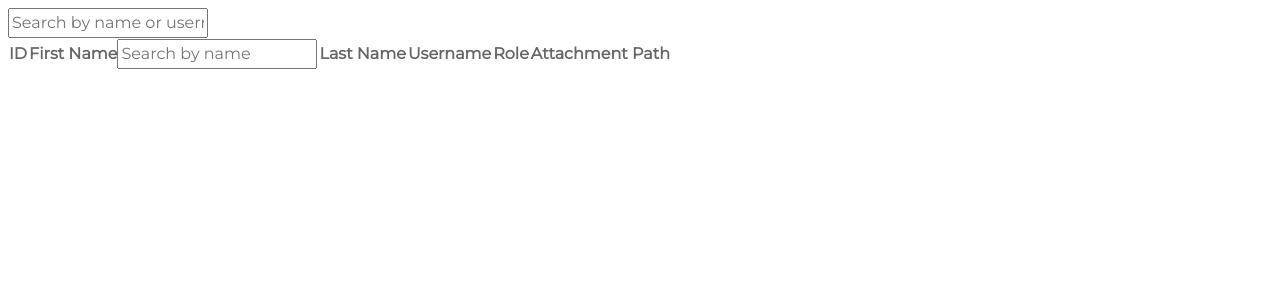
Repository: Arouja/frontgym
Page: /users
An editor plug-in stored every save of this project. The page is shown before and after the next save, followed by the edit.
The browser window is 1280 px wide. The pictures show the whole page.
The page's requests for data from a server got no answer. Some web libraries are served in a nearby version. The project was rebuilt for these pictures with package versions that can differ from the ones it lists, and the page was loaded fresh each time. No one was signed in, and anything a server would have sent is missing. Also part of the build but not shown: src/App.css, src/actions/authActions.js, src/Components/navbar/CustomNavbar.jsx, src/Components/footer/footer.jsx, src/Components/about/About.jsx, src/Components/classes/Classes.jsx, src/Components/home/Home.jsx, src/Components/feature/Feature.jsx and 10 more.

Above is the page before, as saved 2023-10-11 00:37:40.

### public/index.html
<!DOCTYPE html>
<html lang="en">
  <head>
    <meta charset="utf-8" />
    <link rel="icon" href="%PUBLIC_URL%/favicon.ico" />
    <meta name="viewport" content="width=device-width, initial-scale=1" />
    <meta name="theme-color" content="#000000" />
    <meta
      name="description"
      content="Web site created using create-react-app"
    />
    <link href="https://cdn.jsdelivr.net/npm/bootstrap@5.0.2/dist/css/bootstrap.min.css" rel="stylesheet">
    <link href="https://cdnjs.cloudflare.com/ajax/libs/font-awesome/5.13.0/css/all.min.css" rel="stylesheet">
    <link rel="apple-touch-icon" href="%PUBLIC_URL%/logo192.png" />
    <!--
      manifest.json provides metadata used when your web app is installed on a
      user's mobile device or desktop. See https://developers.google.com/web/fundamentals/web-app-manifest/
    -->
    <link rel="manifest" href="%PUBLIC_URL%/manifest.json" />
    <!--
      Notice the use of %PUBLIC_URL% in the tags above.
      It will be replaced with the URL of the `public` folder during the build.
      Only files inside the `public` folder can be referenced from the HTML.

      Unlike "/favicon.ico" or "favicon.ico", "%PUBLIC_URL%/favicon.ico" will
      work correctly both with client-side routing and a non-root public URL.
      Learn how to configure a non-root public URL by running `npm run build`.
    -->
    <title>React App</title>

     <!-- Favicon -->
     <link href="img/favicon.ico" rel="icon">

     <!-- Font Awesome -->
     <link href="https://cdnjs.cloudflare.com/ajax/libs/font-awesome/5.10.0/css/all.min.css" rel="stylesheet">

     <!-- Flaticon Font -->
     <link href="lib/flaticon/font/flaticon.css" rel="stylesheet">

     <!-- Customized Bootstrap Stylesheet -->
     <link href="css/style.min.css" rel="stylesheet">






  </head>


  <body>
    <noscript>You need to enable JavaScript to run this app.</noscript>
    <div id="root"></div>
    <!--
      This HTML file is a template.
      If you open it directly in the browser, you will see an empty page.

      You can add webfonts, meta tags, or analytics to this file.
      The build step will place the bundled scripts into the <body> tag.

      To begin the development, run `npm start` or `yarn start`.
      To create a production bundle, use `npm run build` or `yarn build`.
    -->

    <!-- JavaScript Libraries -->
    <script src="https://code.jquery.com/jquery-3.4.1.min.js"></script>
    <script src="https://stackpath.bootstrapcdn.com/bootstrap/4.4.1/js/bootstrap.bundle.min.js"></script>
    <script src="lib/easing/easing.min.js"></script>
    <script src="lib/waypoints/waypoints.min.js"></script>

    <!-- Contact Javascript File -->
    <script src="mail/jqBootstrapValidation.min.js"></script>
    <script src="mail/contact.js"></script>

    <!-- Template Javascript -->
    <script src="js/main.js"></script>
    <script src="https://cdn.jsdelivr.net/npm/@popperjs/core@2.9.2/dist/umd/popper.min.js"></script>
    <script src="https://cdn.jsdelivr.net/npm/bootstrap@5.0.2/dist/js/bootstrap.min.js"></script>
    <script src="https://cdn.jsdelivr.net/npm/bootstrap@5.0.2/dist/js/bootstrap.bundle.min.js"></script>
    <script src="https://use.fontawesome.com/f59bcd8580.js"></script>
    <script src="https://cdn.jsdelivr.net/npm/@popperjs/core@2.9.2/dist/umd/popper.min.js"></script>
    <script src="https://cdn.jsdelivr.net/npm/bootstrap@5.0.2/dist/js/bootstrap.min.js"></script>
    <script src="https://cdn.jsdelivr.net/npm/bootstrap@5.0.2/dist/js/bootstrap.bundle.min.js"></script>

  </body>


</html>

### src/index.js
import React from 'react';
import ReactDOM from 'react-dom';
import { Provider } from 'react-redux';
import store from './store';
import App from './App';

ReactDOM.render(
  <Provider store={store}>
    <App />
  </Provider>,
  document.getElementById('root')
);

### src/store.js
import { createStore, applyMiddleware, combineReducers } from 'redux';
import thunk from 'redux-thunk';
import authReducer from './reducers/authReducer';

const rootReducer = combineReducers({
  auth: authReducer,
});

const store = createStore(rootReducer, applyMiddleware(thunk));

export default store;

### src/App.js
// import logo from './logo.svg';
import './App.css';
import { BrowserRouter, Routes, Route } from 'react-router-dom'; // Import BrowserRouter and Route directly

import About from './Components/about/About';
import Classes from './Components/classes/Classes';
import Home from './Components/home/Home';
import Feature from './Components/feature/Feature';
import Contact from './Components/contact/Contact';
import Login from './Components/login/Login';
import Profile from './Components/profile/profile';
import Signup from './Components/signup/Signup';
import Listcustomer from './Components/customer/Listcustomer';
import Activation from './Components/activation/Activation';
import Bmi from './Components/metrics/bmi';
import Orm from './Components/metrics/orm';
import Lbm from './Components/metrics/lbm';
import Users from './users/users';

function App() {
  return (
    <BrowserRouter> {/* Use BrowserRouter here */}
      {/* <CustomNavbar /> */}
      <Routes>
      <Route path="/" element={<Home />} />
        <Route path="/about" element={<About />} /> {/* Use Route inside Routes */}
        <Route path="/classes" element={<Classes />} />
        <Route path="/feature" element={<Feature />} />
        <Route path="/contact" element={<Contact />} />
        <Route path="/login" element={<Login />} />
        <Route path="/profile" element={<Profile />} />
        <Route path="/signup" element={<Signup />} />
        <Route path="/customer" element={<Listcustomer />} />
        <Route path="/bmi" element={<Bmi />} />
        <Route path="/orm" element={<Orm />} />
        <Route path="/lbm" element={<Lbm />} />
        <Route path="/users" element={<Users />} />
        <Route path="/activate/activate?token=:token" element={<Activation />} /> {/* Add the Activation route */}


        {/* <Route path="/home" element={<Home />} /> Use Route inside Routes */}

      </Routes>
      {/* <Footer /> */}
    </BrowserRouter>
  );
}

export default App;

### src/reducers/authReducer.js
import { LOGIN_SUCCESS, LOGOUT_SUCCESS, REGISTER_SUCCESS } from '../actions/types';

const initialState = {
  token: localStorage.getItem('token'),
};

const authReducer = (state = initialState, action) => {
  switch (action.type) {
    case LOGIN_SUCCESS:
    case REGISTER_SUCCESS:
      localStorage.setItem('token', action.payload);
      return {
        ...state,
        token: action.payload,
      };
    case LOGOUT_SUCCESS:
      localStorage.removeItem('token');
      return {
        ...state,
        token: null,
      };
    default:
      return state;
  }
};

export default authReducer;

### src/users/users.js
import React, { useState, useEffect } from 'react';

function Users() {
  const [users, setUsers] = useState([]);
  const [searchTerm, setSearchTerm] = useState('');

  useEffect(() => {
    fetch('http://localhost:8089/api/v1/users/all-users')
      .then(response => response.json())
      .then(data => setUsers(data))
      .catch(error => console.error('Error fetching data:', error));
  }, []);

  const filteredUsers = users.filter(user =>
    user.firstName.toLowerCase().includes(searchTerm.toLowerCase())
  );

  return (
    <div className="p-2">
      <input
        type="text"
        value={searchTerm}
        onChange={(e) => setSearchTerm(e.target.value)}
        placeholder="Search by name or username"
      />
      <table>
        <thead>
          <tr>
            <th>ID</th>
            <th>First Name
            <input
        type="text"
        value={searchTerm}
        onChange={(e) => setSearchTerm(e.target.value)}
        placeholder="Search by name"
      />
            </th>
            <th>Last Name</th>
            <th>Username</th>
            <th>Role</th>
            <th>Attachment Path</th>
          </tr>
        </thead>
        <tbody>
          {filteredUsers.map(user => (
            <tr key={user.id}>
              <td>{user.id}</td>
              <td>{user.firstName}</td>
              <td>{user.lastName}</td>
              <td>{user.username}</td>
              <td>{user.role}</td>
              <td>{user.attachmentPath}</td>
            </tr>
          ))}
        </tbody>
      </table>
    </div>
  );
}

export default Users;

### src/actions/types.js
export const LOGIN_SUCCESS = 'LOGIN_SUCCESS';
export const LOGOUT_SUCCESS = 'LOGOUT_SUCCESS';
export const REGISTER_SUCCESS = 'REGISTER_SUCCESS';

### public/mail/contact.js
$(function () {

    $("#contactForm input, #contactForm textarea").jqBootstrapValidation({
        preventSubmit: true,
        submitError: function ($form, event, errors) {
        },
        submitSuccess: function ($form, event) {
            event.preventDefault();
            var name = $("input#name").val();
            var email = $("input#email").val();
            var subject = $("input#subject").val();
            var message = $("textarea#message").val();

            $this = $("#sendMessageButton");
            $this.prop("disabled", true);

            $.ajax({
                url: "contact.php",
                type: "POST",
                data: {
                    name: name,
                    email: email,
                    subject: subject,
                    message: message
                },
                cache: false,
                success: function () {
                    $('#success').html("<div class='alert alert-success'>");
                    $('#success > .alert-success').html("<button type='button' class='close' data-dismiss='alert' aria-hidden='true'>&times;")
                            .append("</button>");
                    $('#success > .alert-success')
                            .append("<strong>Your message has been sent. </strong>");
                    $('#success > .alert-success')
                            .append('</div>');
                    $('#contactForm').trigger("reset");
                },
                error: function () {
                    $('#success').html("<div class='alert alert-danger'>");
                    $('#success > .alert-danger').html("<button type='button' class='close' data-dismiss='alert' aria-hidden='true'>&times;")
                            .append("</button>");
                    $('#success > .alert-danger').append($("<strong>").text("Sorry " + name + ", it seems that our mail server is not responding. Please try again later!"));
                    $('#success > .alert-danger').append('</div>');
                    $('#contactForm').trigger("reset");
                },
                complete: function () {
                    setTimeout(function () {
                        $this.prop("disabled", false);
                    }, 1000);
                }
            });
        },
        filter: function () {
            return $(this).is(":visible");
        },
    });

    $("a[data-toggle=\"tab\"]").click(function (e) {
        e.preventDefault();
        $(this).tab("show");
    });
});

$('#name').focus(function () {
    $('#success').html('');
});

### public/js/main.js
(function ($) {
    "use strict";

    // Dropdown on mouse hover
    $(document).ready(function () {
        function toggleNavbarMethod() {
            if ($(window).width() > 992) {
                $('.navbar .dropdown').on('mouseover', function () {
                    $('.dropdown-toggle', this).trigger('click');
                }).on('mouseout', function () {
                    $('.dropdown-toggle', this).trigger('click').blur();
                });
            } else {
                $('.navbar .dropdown').off('mouseover').off('mouseout');
            }
        }
        toggleNavbarMethod();
        $(window).resize(toggleNavbarMethod);
    });


    // Back to top button
    $(window).scroll(function () {
        if ($(this).scrollTop() > 100) {
            $('.back-to-top').fadeIn('slow');
        } else {
            $('.back-to-top').fadeOut('slow');
        }
    });
    $('.back-to-top').click(function () {
        $('html, body').animate({scrollTop: 0}, 1500, 'easeInOutExpo');
        return false;
    });
})(jQuery);

Loaded but not shown: public/lib/flaticon/font/flaticon.css (common file); public/css/style.min.css (library); public/lib/easing/easing.min.js (common file); public/lib/waypoints/waypoints.min.js (library); public/mail/jqBootstrapValidation.min.js (library)

After the next save:
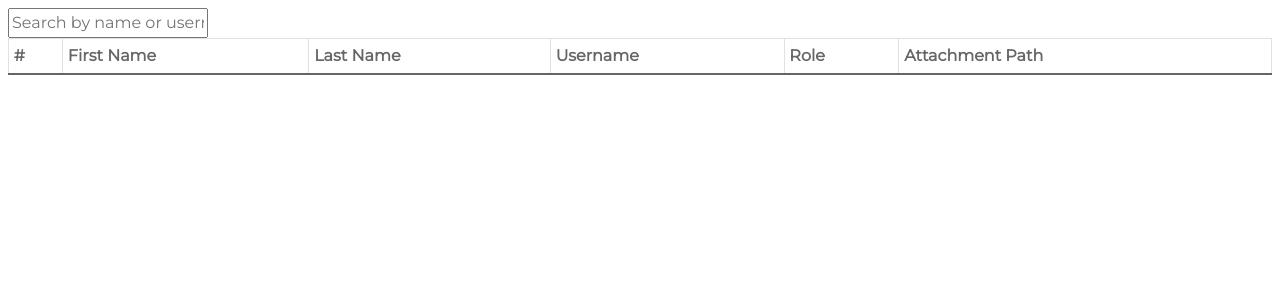
Saved 4 min 31 s later.
--- a/src/users/users.js
+++ b/src/users/users.js
@@ -1,4 +1,5 @@
 import React, { useState, useEffect } from 'react';
+import Table from 'react-bootstrap/Table';
 
 function Users() {
   const [users, setUsers] = useState([]);
@@ -12,7 +13,9 @@ function Users() {
   }, []);
 
   const filteredUsers = users.filter(user =>
-    user.firstName.toLowerCase().includes(searchTerm.toLowerCase())
+    user.firstName.toLowerCase().includes(searchTerm.toLowerCase()) ||
+    user.lastName.toLowerCase().includes(searchTerm.toLowerCase()) ||
+    user.username.toLowerCase().includes(searchTerm.toLowerCase())
   );
 
   return (
@@ -23,18 +26,11 @@ function Users() {
         onChange={(e) => setSearchTerm(e.target.value)}
         placeholder="Search by name or username"
       />
-      <table>
+      <Table striped bordered hover size="sm">
         <thead>
           <tr>
-            <th>ID</th>
-            <th>First Name
-            <input
-        type="text"
-        value={searchTerm}
-        onChange={(e) => setSearchTerm(e.target.value)}
-        placeholder="Search by name"
-      />
-            </th>
+            <th>#</th>
+            <th>First Name</th>
             <th>Last Name</th>
             <th>Username</th>
             <th>Role</th>
@@ -42,9 +38,9 @@ function Users() {
           </tr>
         </thead>
         <tbody>
-          {filteredUsers.map(user => (
+          {filteredUsers.map((user, index) => (
             <tr key={user.id}>
-              <td>{user.id}</td>
+              <td>{index + 1}</td>
               <td>{user.firstName}</td>
               <td>{user.lastName}</td>
               <td>{user.username}</td>
@@ -53,7 +49,7 @@ function Users() {
             </tr>
           ))}
         </tbody>
-      </table>
+      </Table>
     </div>
   );
 }
